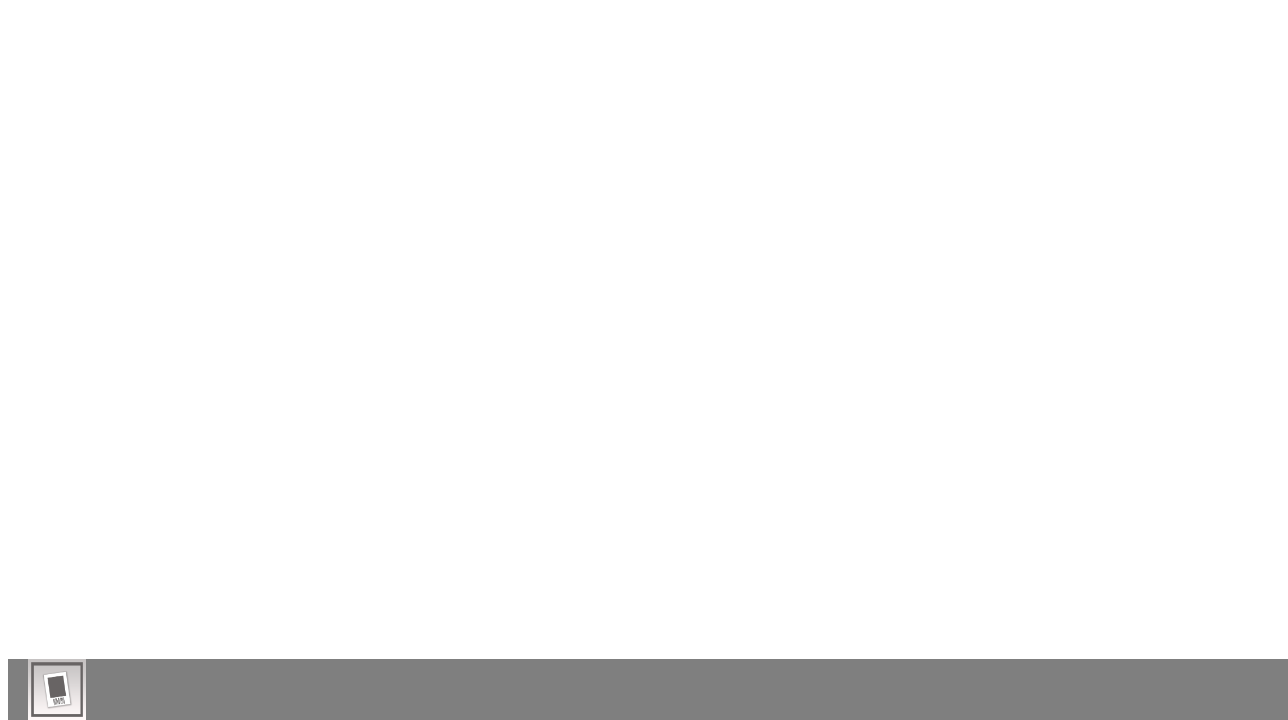
Repository: hj222hi/1dv403-laborationer
Page: 5 - pwd/index.html
The author's editor kept a record of every edit. The page is drawn from the files as they stood at one moment, then again after the next edit.
The browser window is 1280 px wide. The page is 1288 px wide, so the pictures cover 1288 px, including what lies to the right of the window. The pictures show the whole page.

Above is the page before.
Console error: TypeError: Cannot set properties of null (setting 'onclick')

### 5 - pwd/index.html

<!DOCTYPE html>
<html lang="sv">
<head>
	<meta charset="UTF-8" />
 	<title>Game On!</title>
 	<link rel="stylesheet" type="text/css" href="css/style.css">
</head>
	<body>

			<div id="wrapper">
			    <template id="template">
			        <div class="window">
			            <div class="windowtop">
			                <p class="windowname">Window namn</p>
			                <a href="#"><img class="closeb" src="css/closeb.png"></img></a>

			            </div>
			            <div class="windowcenter">

			            </div>
			            <div class="windowbottom">
			                <div class="hidden"></div><img src="pics/load.gif" class="load"><p class="loadtext">Laddar...</p> </div>
			            </div>

			        </div>

			 </template>

			</div>
			<div id="fotter"> <a id="picslink" href="#"> <img class="foticons" src="pics/pics.png"/> </a></div>

              	  <script src="javascript/Desktop.js"></script>
              	  <script src="javascript/Start.js"></script>
              	  <script src="javascript/Window.js"></script>


    </body>
</html>

### 5 - pwd/css/style.css
@font-face {
    font-family: rubrik;
    src: url(poty.ttf);
}

#dabody{

	background-image: url("bak.png");

	margin:0px;
	padding:0px;
}

h3{
	font-family: rubrik;
	font-size: 90px;
	letter-spacing: 10px;
	color: white;
	margin-left: 37.5%;
	}
p{
    font-family:arial;
    color:white;
    font-size: 9px;
    margin-top: 2px;

}
#wrapper{
	margin: auto;
	width: 100%;
}

#fotter{
	color: white;
	/*opacity: 0.5; */
	font-family: arial;
    background-color: rgba(0,0,0,0.5);
    width: 100%;
    position: absolute;
    bottom: 0px;

    height: 61px;

}
a{
	color: white;
	text-decoration: none;
}

.window{
    height: 308px;
    width:444px;
-webkit-border-radius: 12px;
-moz-border-radius: 12px;
border-radius: 12px;
-webkit-box-shadow: 3px 3px 21px 0px rgba(28, 21, 28, 0.75);
-moz-box-shadow:    3px 3px 21px 0px rgba(28, 21, 28, 0.75);
box-shadow:         3px 3px 21px 0px rgba(28, 21, 28, 0.75);

margin:10px;
position: absolute;
z-index: 0;
}

.windowtop{
     background-color: #350348;

    height: 25px;
/*margin-top: 20%;*/
padding-left: 22px;
-webkit-border-top-left-radius: 12px;
-webkit-border-top-right-radius: 12px;
-moz-border-radius-topleft: 12px;
-moz-border-radius-topright: 12px;
border-top-left-radius: 12px;
border-top-right-radius: 12px;
}

.windowname{
    font-family: arial;
color: white;
float: left;
font-size: 15px;
    margin: 0px;
}

.closeb{

    width: 13px;
    float: left;
    margin-top: 1%;
    margin-left: 72%;

    transition-property: transform;
    transition-duration: 10s;
    transition-timing-function: linear;
    transition-delay: 0s;

}
.closeb:hover{
    -ms-transform: rotate(3600deg); /* IE 9 */
    -webkit-transform: rotate(3600deg); /* Chrome, Safari, Opera */
    transform: rotate(3600deg);
}

.windowcenter{

    clear: both;
    background-color: rgb(216, 216, 216);
    height: 267px;
    width: 100%;
    margin-bottom: 0px;
    overflow-y: scroll;

}

.windowbottom{

   background-color: #350348;
margin: 0px;
height: 15px;
padding-top: -1px;
padding-top: 1px;
padding-left: 22px;
-webkit-border-bottom-left-radius: 12px;
-moz-border-radius-bottomleft: 12px;
border-bottom-left-radius: 12px;
}

.foticons{
    width: 58px;
    margin-left:20px;
    position:absolute;
    top:0;
    z-index:3;
    transition-property: width, top;
    transition-duration: 0.3s;
    transition-timing-function: linear;
    transition-delay: 0s;

}
.imgs{
    width: 72px;
float: left;
margin-left: 20px;
margin-top: 20px;
}
.foticons:hover{
    width:80px;
    top:-33px;
}

.tumbholder{

    float: left;
    background-color: rgb(188, 188, 188);
    margin: 5px;
    text-align: center;
   padding-top: 3px;
padding-bottom: 3px;
}

.load{
    height: 20px;

margin-top: -6px;
float: left;
}

.loadtext{
    float: left;

}

.hidden{
    display:none;
}

.hidden .load{
    display:none;
}

.hidden .loadtext{
    display:none;
}

.show{
    display: block;
}

#rsslink{
    margin-left: 81px;
}

.rssFeed a{
    font-family: arial;
color: black;
font-size: 9px;
}

.rssFeed h2{
    font-family: arial;
margin-bottom: 0px;
}

.rssFeed p{
    font-family: arial;
color: black;
font-size: 16px;
}

.rssFeed p a{
     font-family: arial;
color: black;
font-size: 16px;
text-decoration: underline;
}

### 5 - pwd/javascript/Desktop.js
// var theWindow = {
  var variables = {
       xhr: new XMLHttpRequest(),
//   var o = 0;
       o: document.querySelectorAll(".windowcenter").length,
        // console.log(o),
    // o: variables.k.length,
        // console.log(o)
       zindexNumber: 0,
       marginTop: 30,
  };
     function Window(func){

        var template = document.querySelector("#template");
        var windowTemplate = template.content.querySelector(".window");
        var w = windowTemplate.cloneNode(true);
        // var wt = document.querySelectorAll(".windowtop");
        // console.log(wt);
        // wt.innerHTML(name);
        document.querySelector('#wrapper').appendChild(
        w);

        func();

        var ThisWindow = document.querySelectorAll(".window");
        // var o = document.querySelectorAll(".windowcenter").length;
        console.log(ThisWindow[variables.o]);
     console.log(variables.o);
        ThisWindow[variables.o].style.zIndex = ""+variables.zindexNumber+"";
        ThisWindow[variables.o].style.variables.marginTop = ""+variables.marginTop+"px"
        fokusWindow(ThisWindow[variables.o]);
        variables.zindexNumber++;
        variables.marginTop += 30;

    };

       function SetUpImages(){
        //   var o = document.querySelectorAll(".windowcenter").length;
        //   var wt = document.querySelectorAll(".windowtop");
        // console.log(wt);
        // wt.innerHTML("Galleri");
        xhr.onreadystatechange = function(){
         var imgArray;
         var load = document.querySelectorAll(".hidden");
         var load2 = document.querySelectorAll(".load");
         var load3 = document.querySelectorAll(".loadtext");

            //  load[o].classList.add("show");

                if(xhr.readyState === 4 && xhr.status !== 400){
                      console.log(load[variables.o]);
                    load[variables.o].classList.add("hidden")
                    load2[variables.o].classList.add("hidden")
                    load3[variables.o].classList.add("hidden")

                   imgArray = JSON.parse(xhr.responseText);
                //   console.log(imgArray);

                    var windowCenter = document.querySelectorAll(".windowcenter");
                    console.log(windowCenter[variables.o]);

                    for(var i = 0; i < imgArray.length; i++){
                        var tumbHolder = document.createElement("div");
                        tumbHolder.setAttribute("class","tumbholder")

                        var tumb = document.createElement("img");
                        var a = document.createElement("a");
                        a.setAttribute("href","#")
                        a.setAttribute("class","atag")

                        windowCenter[o].appendChild(a);

                        a.appendChild(tumbHolder);
                        tumb.setAttribute("class",""+i+"")
                          tumb.setAttribute("class","tumb")
                        tumb.setAttribute("src",""+imgArray[i].thumbURL+"")

                        tumbHolder.appendChild(tumb);
                        var maxWidth = 75;
                        var maxHeight = 50;

                        if(imgArray[i].thumbWidth > maxWidth){
                            maxWidth = imgArray[i].thumbWidth;

                             }

                        if(imgArray[i].thumbHeight > maxHeight){
                            maxHeight = imgArray[i].thumbHeight;
                            // console.log(maxHeight);
                             }

                    tumbHolder.style.height = ""+maxHeight+"px";
                    tumbHolder.style.width = ""+maxWidth+"px";
                    //  console.log(imgArray[i].URL);

              setBackground(tumbHolder, imgArray[i].URL);

                    }
                        console.log(o);
                        loadCloseButton(o);
                        // o++
                        tumbHolder.appendChild(tumb);
                        // var atagArray = document.querySelector(".atag");
                        //  for(var k = 0; k < imgArray.length; k++){
                        // atagArray[k].onclick =presser(imgArray[k]);
                    // }


                }
                // console.log(windowCenter);

            };
           xhr.open('GET','http://homepage.lnu.se/staff/tstjo/labbyServer/imgviewer/', true);
        xhr.send(null);

        // var wName = document.getElementsByClassName("windowname")
        // for(var n = 0; n< wName.length; n++){
        //   wName[n].innerHTML("Pics")
        // };


    };
     function setBackground (tumbHolder, url){
        //  console.log(tumbHolder);
            tumbHolder.addEventListener("click", function(){
                 var body = document.getElementById("dabody");
                //  console.log(body);
                  body.style.backgroundImage = 'url('+url+')';
            })

     };

     function loadCloseButton(windowNumber){
        var allTheWindows = document.querySelectorAll(".window");
        var theWindowThatsAboutToBeClosed = allTheWindows[windowNumber];
         var closeButton = document.querySelectorAll(".closeb");
        //  console.log(closeButton);
         closeButton[windowNumber].addEventListener("click", function(theWindowThatsAboutToBeClosed){
            //  console.log(theWindowThatsAboutToBeClosed);
             allTheWindows[windowNumber].style.display = 'none';
             variables.marginTop - 30;

         });
     };

     function fokusWindow(thisWIndow){

         thisWIndow.addEventListener("click", function(){
             var higherZindex = variables.zindexNumber += 1;
             thisWIndow.style.zIndex = ""+ higherZindex+"";
         });
     };
    //  presser: function(imgA){

    //         var body = document.getElementsByTagName('body')[0];
    //             body.style.backgroundImage = "url("+imgA.URL+")";




    //     },
    //  };

### 5 - pwd/javascript/Start.js
function Start()
{

}

### 5 - pwd/javascript/Window.js
"use strict"
var theWindow = {

    setButtonPics: function(){

         document.getElementById("picslink").onclick = function(){

        var window1 = new Window(SetUpImages);
        window1;

        };
    },

    setRSSPics: function(){
        document.getElementById("rsslink").onclick = function(){

        var window2 = new Window(SetUpRss);
        window2;
        // addToO();
        };
    },
    initButton: function(){
       theWindow.setButtonPics();
       theWindow.setRSSPics()
    },
    // }

    };


window.onLoad = theWindow.initButton();

After the next edit:
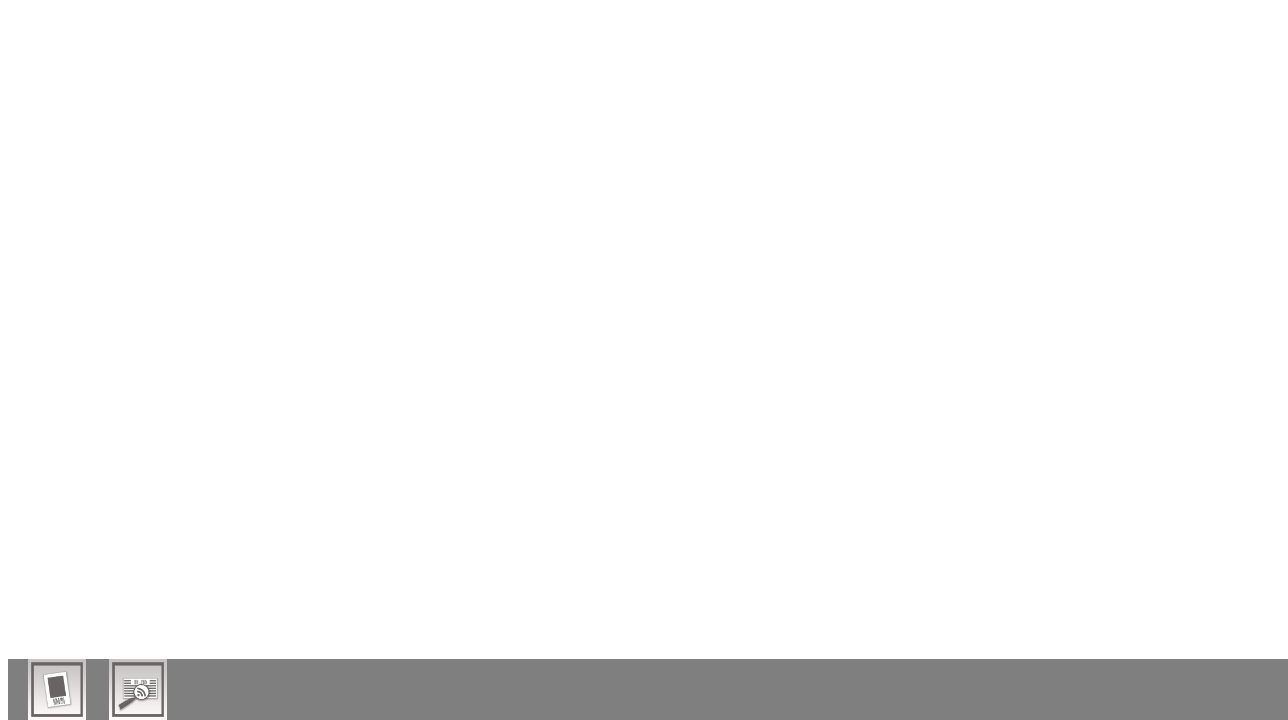
The error is gone.
The edit:
--- a/5 - pwd/index.html
+++ b/5 - pwd/index.html
@@ -28,7 +28,10 @@
 			 </template>
 
 			</div>
-			<div id="fotter"> <a id="picslink" href="#"> <img class="foticons" src="pics/pics.png"/> </a></div>
+			<div id="fotter">
+				<a id="picslink" href="#"> <img class="foticons" src="pics/pics.png"/> </a>
+				<a id="rsslink" href="#"> <img class="foticons" src="pics/rss.png"/> </a>
+			</div>
 
               	  <script src="javascript/Desktop.js"></script>
               	  <script src="javascript/Start.js"></script>
